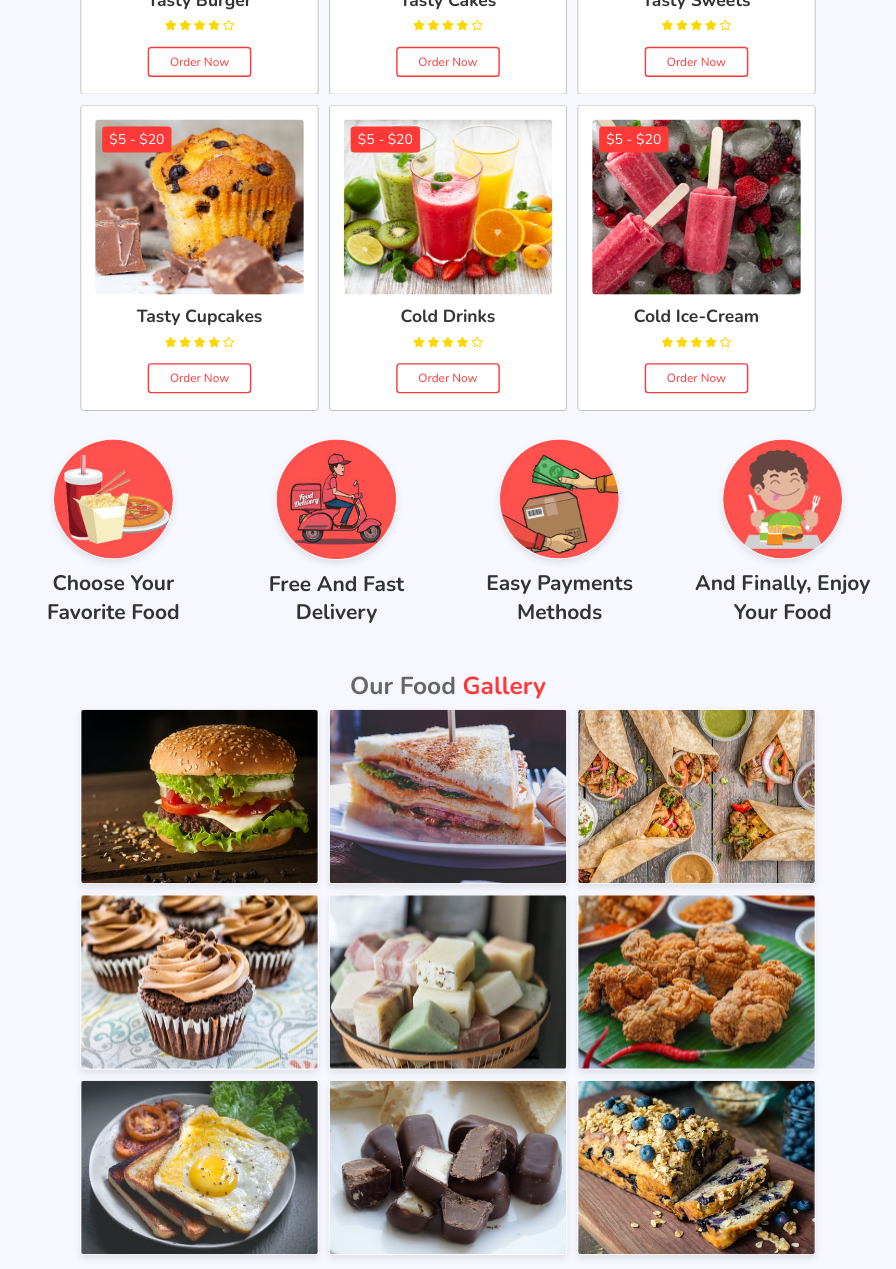
Repository: ManhTanVN/food
Page: index.html
These files come from the project's save history. The page is drawn as it stood at one moment and after the next save; the edit follows.
The browser window is 1280 px wide. The pictures show the part of the page from y = 1777 to 3697 px (the page is 3590 px tall before and 3697 px after), at 70% of full size.
The style sheet was rebuilt from its Sass, Less or Tailwind sources for each picture, by a compiler version that may differ from the author's.

Above is the page before, as saved 2021-08-29 19:57:45.

After the next save:
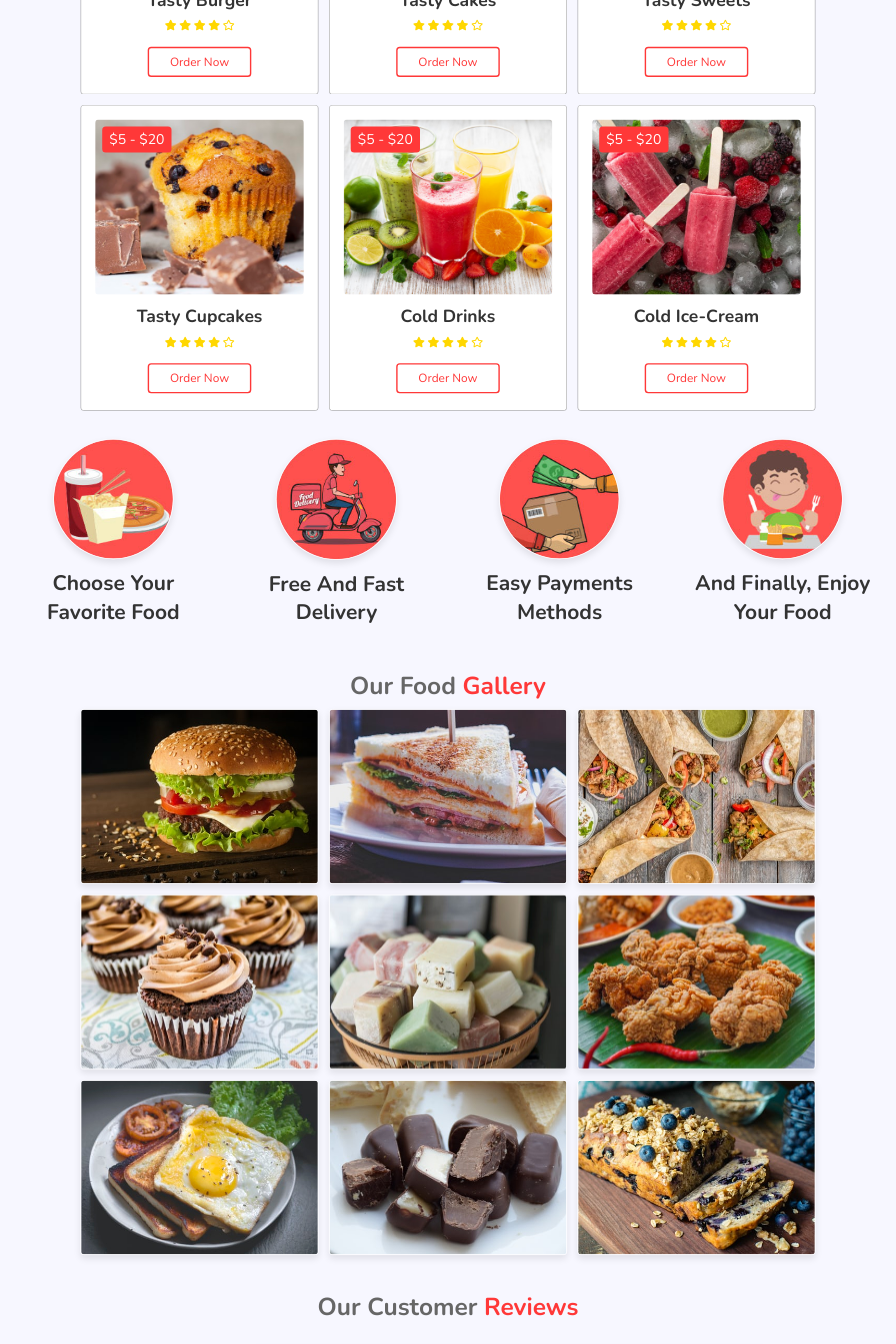
Saved 2 min 19 s later.
--- a/index.html
+++ b/index.html
@@ -286,6 +286,12 @@
     </section>
     <!-- Gallery section ends -->
 
+    <!-- review section starts -->
+    <section class="review" id="review">
+        <h1 class="heading">our customer <span>reviews</span></h1>
+    </section>
+    <!-- review section ends -->
+
 <!-- custom js -->
 <script src="./assets/js/main.js"></script>
 <!-- custom js -->
